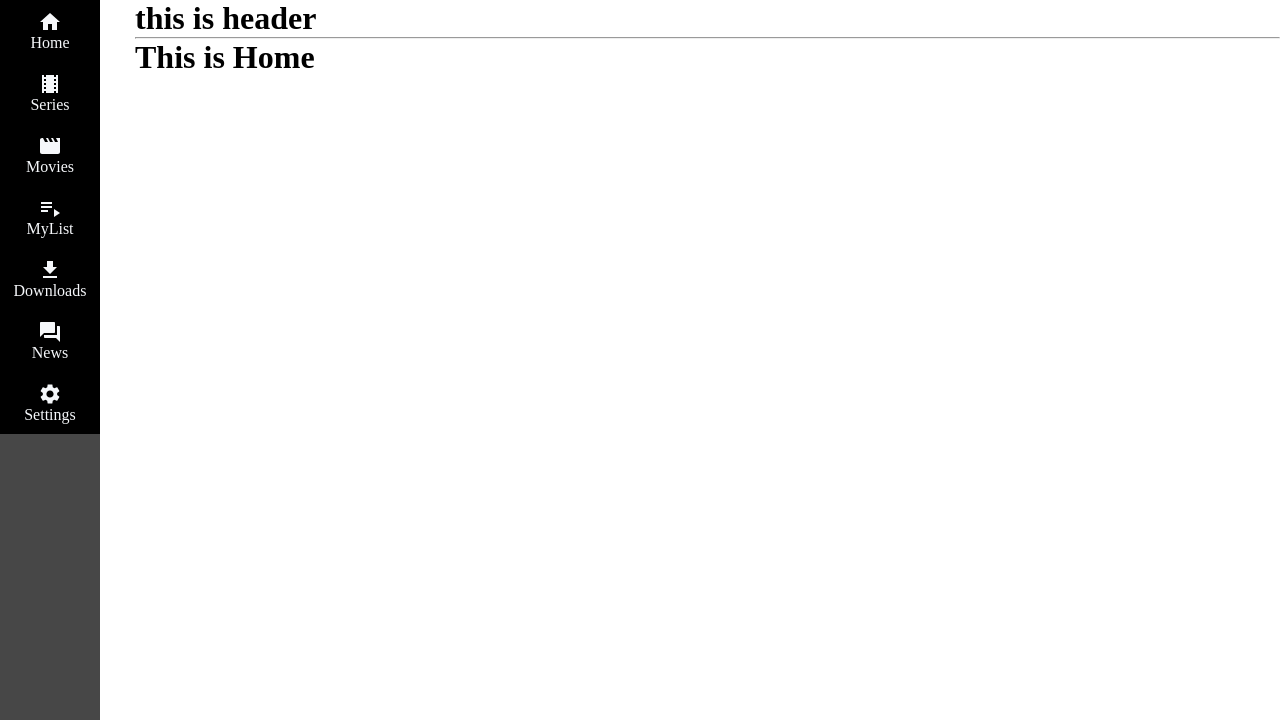
Repository: minhlq-uit/buster
Page: /
An editor plug-in stored every save of this project. The page is shown before and after the next save, followed by the edit.
The browser window is 1280 px wide. The pictures show the whole page.
The project was rebuilt for these pictures with package versions that can differ from the ones it lists, and the page was loaded fresh each time. Also part of the build but not shown: src/pages/Series/index.js, src/pages/Movies/index.js, src/pages/MyList/index.js, src/pages/Downloads/index.js, src/pages/News/index.js, src/pages/Settings/index.js.

Above is the page before, as saved 2021-10-27 15:38:02.

### src/App.js
import Navigation from './components/navigation/Navigation'
function App() {
  return (
    <div className="App" style={{paddingLeft: 135}}>
      <h1>this is header</h1>
      <h2></h2>
      <Navigation />
    </div>
  );
}

export default App;

### src/components/navigation/Navigation.js
// import NavItem from "./NavItem/index"
import { BrowserRouter as Router, Switch, Route, Link } from "react-router-dom"
import Home from '../../pages/Home/index'
import Series from '../../pages/Series/index'
import Movies from '../../pages/Movies/index'
import MyList from '../../pages/MyList/index'
import Downloads from '../../pages/Downloads/index'
import News from '../../pages/News/index'
import Settings from '../../pages/Settings/index'
import HomeIcon from '@mui/icons-material/Home'
import SeriesIcon from '@mui/icons-material/Theaters'
import MoviesIcon from '@mui/icons-material/Movie'
import MyListIcon from '@mui/icons-material/PlaylistPlay'
import DownloadsIcon from '@mui/icons-material/Download'
import NewsIcon from '@mui/icons-material/Forum'
import SettingsIcon from '@mui/icons-material/Settings'
import "./navigation.css"
export default function Navigation() {
  // const navItems = ['Home', 'Series', 'Movies', 'MyList', 'Downloads', 'News', 'Settings']
  return (
    <Router>
      <div id="nav">
        <div className="nav-item">
          <Link to="/">
            <HomeIcon />
            Home
          </Link>
        </div>
        <div className="nav-item">
          <Link to="/Series">
            <SeriesIcon />
            Series
          </Link>
        </div>
        <div className="nav-item">
          <Link to="/Movies">
            <MoviesIcon />
            Movies
          </Link>
        </div>
        <div className="nav-item">
          <Link to="/MyList">
           <MyListIcon />
            MyList
          </Link>
        </div>
        <div className="nav-item">
          <Link to="/Downloads">
            <DownloadsIcon />
            Downloads
          </Link>
        </div>
        <div className="nav-item">
          <Link to="/News">
            <NewsIcon />
            News
          </Link>
        </div>
        <div className="nav-item">
          <Link to="/Settings">
            <SettingsIcon />
            Settings
          </Link>
        </div>
      </div>
      {/* {navItems.map((navItem, index) => {
        return <NavItem key={index} title={navItem} path={navItem} />
      })} */}

      <hr />

      <Switch>
        <Route exact path="/">
          <Home />
        </Route>
        <Route path="/Series">
          <Series />
        </Route>
        <Route path="/Movies">
          <Movies />
        </Route>
        <Route path="/MyList">
          <MyList />
        </Route>
        <Route path="/Downloads">
          <Downloads />
        </Route>
        <Route path="/News">
          <News />
        </Route>
        <Route path="/Settings">
          <Settings />
        </Route>
      </Switch>
    </Router>
  )
}

### src/pages/Home/index.js
export default function Home() {
    return <h1>This is Home</h1>
}

### src/components/navigation/navigation.css
#nav {
    position: fixed;
    top: 0;
    left: 0;
    bottom: 0;
    width: 100px;
    background-color: #474747;
    display: flex;
    flex-direction: column;
    align-items: center;
}
.nav-item {
    color: #F5F7FA;
    background-color: #000;
    padding: 10px 0;
    width: 100%;
}
a {
    display: flex;
    flex-direction: column;
    align-items: center;
    color: #F5F7FA;
    text-decoration: none;
}

Loaded but not shown: public/index.html (common file); src/index.js (common file)

After the next save:
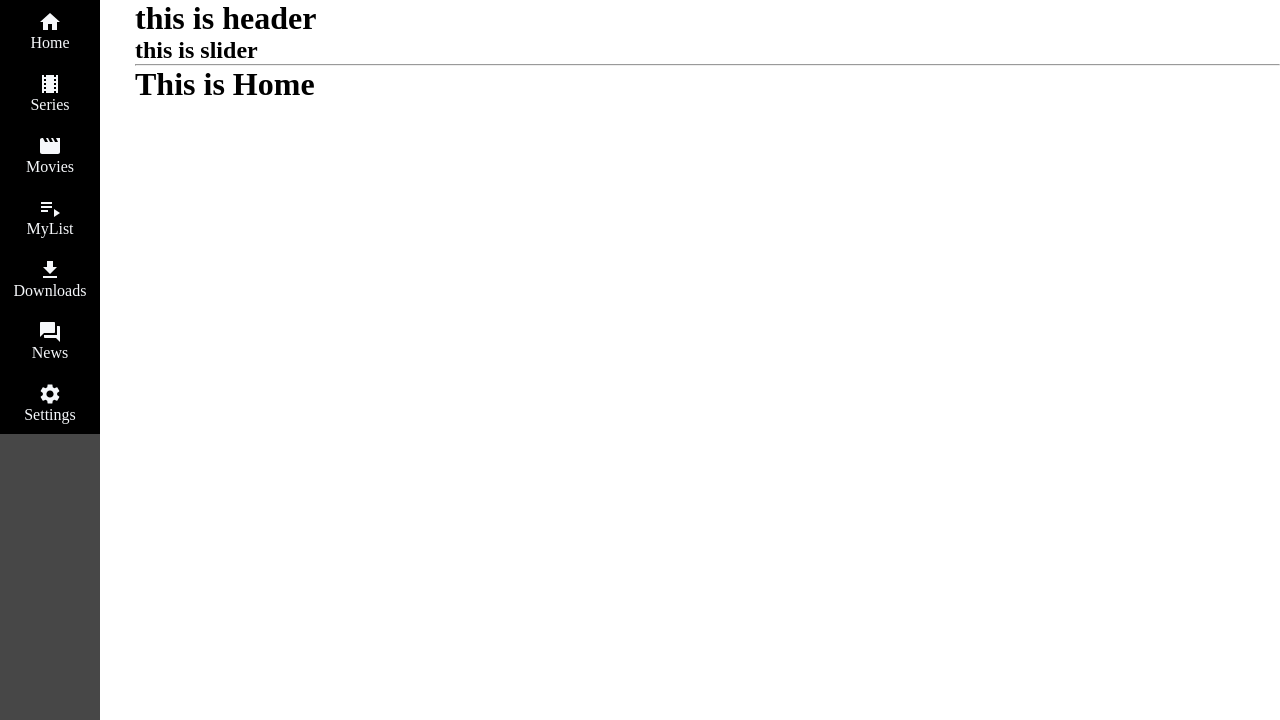
Saved 4 s later.
--- a/src/App.js
+++ b/src/App.js
@@ -3,7 +3,7 @@ function App() {
   return (
     <div className="App" style={{paddingLeft: 135}}>
       <h1>this is header</h1>
-      <h2></h2>
+      <h2>this is slider</h2>
       <Navigation />
     </div>
   );
